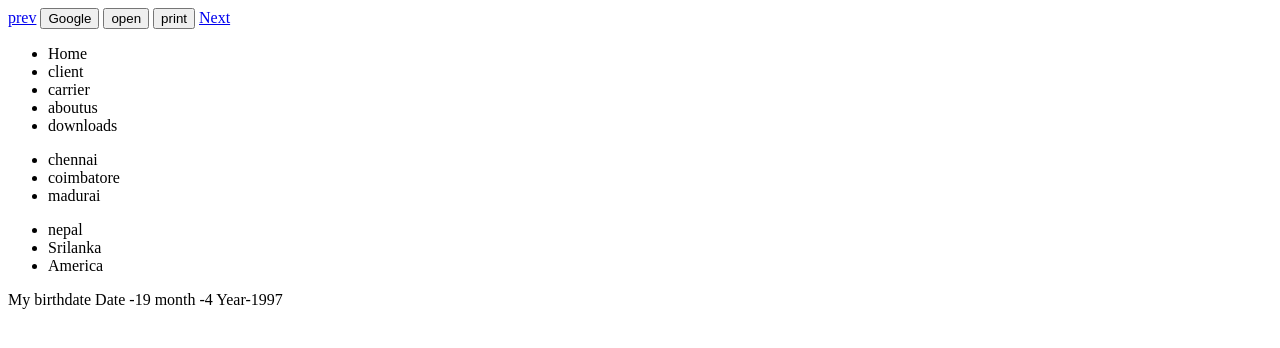
Repository: Balamurugan1914/crud_operation_without_db
Page: http://localhost/Java_Script_Example/usingobject.html
These files come from the project's save history. The page is drawn as it stood at one moment and after the next save; the edit follows.
The browser window is 1280 px wide. The pictures show the whole page.
The page is served by Tomcat 9. Other server files are loaded and not shown.

Above is the page before, as saved 2022-06-28 10:31:41.

### Java_Script_Example/src/main/webapp/usingobject.html
<!DOCTYPE html>
<html>
<head>
<meta charset="UTF-8">
<title>Insert title here</title>
<script type="text/javascript">

function back() {

	history.back();

}


</script>
</head>
<body>
<a href="#" onclick="back()">prev</a>
<button id="googlebtn">Google</button>
<button id="openbtn">open</button>
<button id="printbtn">print</button>

<a href="welcome.html">Next</a>
<script type="text/javascript" src="Script/js_object.js"></script>

</body>
</html>

### Java_Script_Example/src/main/webapp/Script/js_object.js
/**
 *
 */


//document object
//date object
//history object
//String object
//window object


function usingWindowObj(){

	window.location = "http://www.google.com"




}


function windowObjOpen(){

	window.open('index.html','indexpage')

}

function invoke(){


	var goToGoogleButton = document.getElementById("googlebtn");

	goToGoogleButton.addEventListener('click', usingWindowObj);

	var openwindowopen = document.getElementById("openbtn");

	openwindowopen.addEventListener('click' , windowObjOpen);

	var printButton = document.getElementById("printbtn");

	printButton.addEventListener('click' , function(){

		window.print();

	});

}


function usingArrays(){

	var linkText = ['Home','client','carrier','aboutus','downloads'];

	writeToFile(linkText);

	//Array using constructor

	var city = new Array('chennai','coimbatore','madurai');
	writeToFile(city);

	//Array using arg constructor

	var countries = new Array();

	countries[0] ='nepal';
	countries[1] ='Srilanka';
	countries[2] ='America';

	writeToFile(countries);

}


function usingDate(){

	var birthDate = new Date();

	birthDate.setFullYear(1997,4,19);

	document.write("My birthdate " + "\n" )
	document.write("Date -" +birthDate.getDate()+"\n")
	document.write("month -" +birthDate.getMonth()+"\n")
	document.write("Year-" +birthDate.getFullYear())

}

function writeToFile(items){

	document.write("<ul>");

	for(indpos in items){

		document.write("<li>"+items[indpos]+"</li>");

	}

	document.write("</ul>");

}




(function(){


	invoke();
	usingArrays();
	usingDate();

})()

After the next save:
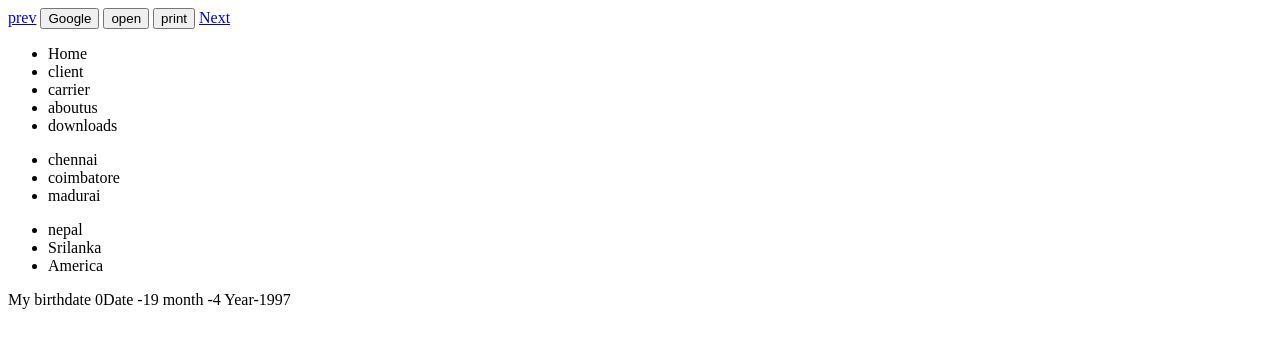
Saved 16 s later.
--- a/Java_Script_Example/src/main/webapp/Script/js_object.js
+++ b/Java_Script_Example/src/main/webapp/Script/js_object.js
@@ -78,7 +78,7 @@
 
 	birthDate.setFullYear(1997,4,19);
 
-	document.write("My birthdate " + "\n" )
+	document.write("My birthdate " + + "\n" )
 	document.write("Date -" +birthDate.getDate()+"\n")
 	document.write("month -" +birthDate.getMonth()+"\n")
 	document.write("Year-" +birthDate.getFullYear())

After the 2 saves that followed:
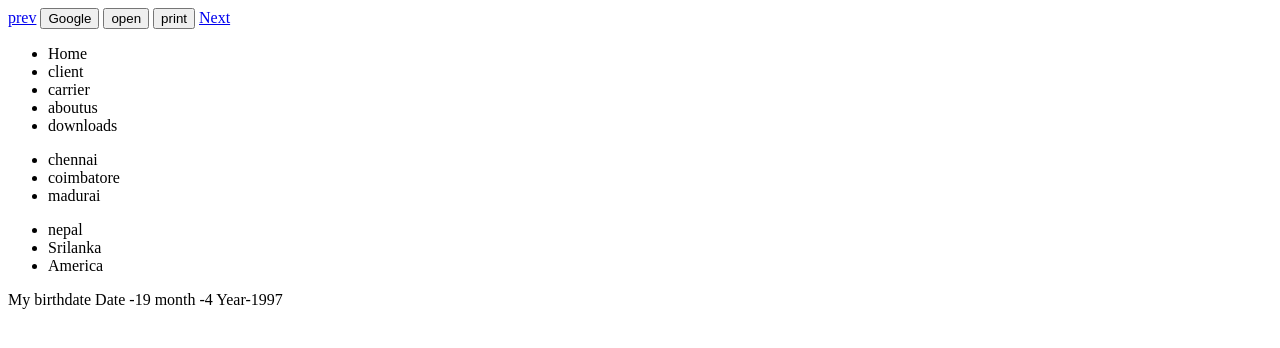
The 2 saves are shown as one change because they came seconds apart.
The last was saved 11 s later.
--- a/Java_Script_Example/src/main/webapp/Script/js_object.js
+++ b/Java_Script_Example/src/main/webapp/Script/js_object.js
@@ -78,7 +78,7 @@
 
 	birthDate.setFullYear(1997,4,19);
 
-	document.write("My birthdate " + + "\n" )
+	document.write("My birthdate " +"   " + "\n" )
 	document.write("Date -" +birthDate.getDate()+"\n")
 	document.write("month -" +birthDate.getMonth()+"\n")
 	document.write("Year-" +birthDate.getFullYear())
